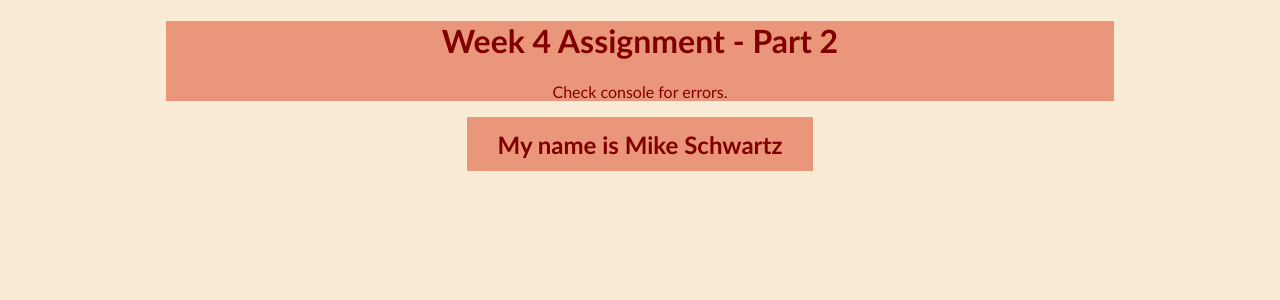
Repository: Ellusionism/prime-pw-week-4-assignment-part-2
Page: assignment/index.html
These files come from the project's save history. The page is drawn as it stood at one moment and after the next save; the edit follows.
The browser window is 1280 px wide. The pictures show the whole page.

Above is the page before, as saved 2022-11-16 17:59:50.

After the next save:
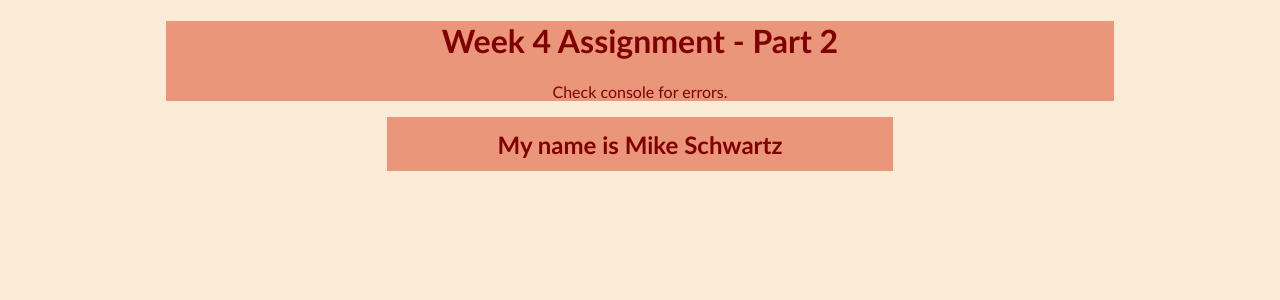
Saved 12 s later.
--- a/assignment/stylesheet.css
+++ b/assignment/stylesheet.css
@@ -14,7 +14,7 @@
 
 .info {
  background-color:darksalmon;
- width: 20rem;
+ width: 20em;
  text-align: center;
  padding: 1%;
  display: block;

After the save that followed:
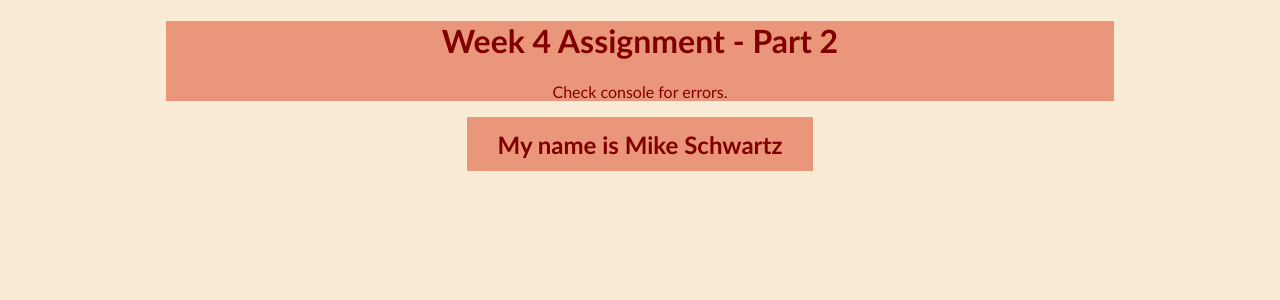
Saved 10 s later.
--- a/assignment/stylesheet.css
+++ b/assignment/stylesheet.css
@@ -14,7 +14,7 @@
 
 .info {
  background-color:darksalmon;
- width: 20em;
+ width: 20rem;
  text-align: center;
  padding: 1%;
  display: block;
